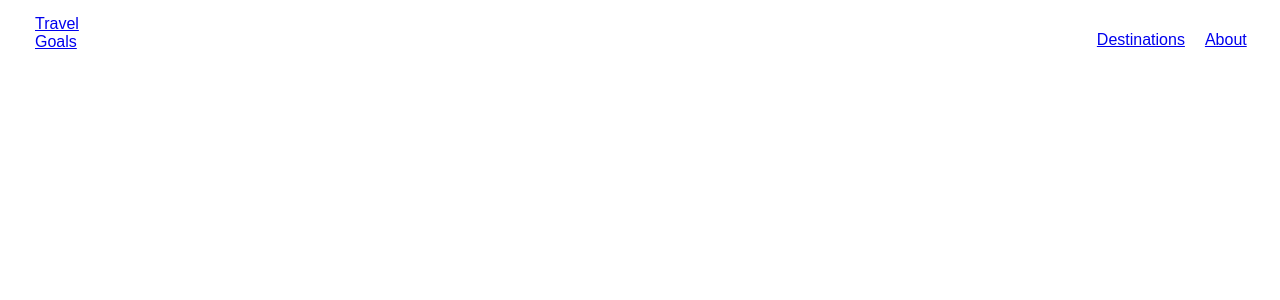
Repository: Harjot00/Wevdev
Page: Travel/index.html
An editor plug-in stored every save of this project. The page is shown before and after the next save, followed by the edit.
The browser window is 1280 px wide. The pictures show the whole page.

Above is the page before, as saved 2022-05-07 01:44:51.

After the next save:
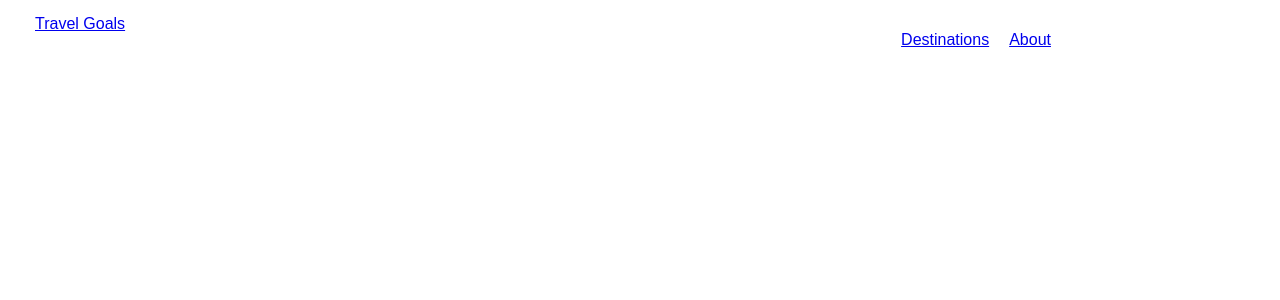
Saved 12 s later.
--- a/Travel/style.css
+++ b/Travel/style.css
@@ -13,7 +13,7 @@ ul {
     justify-content: space-evenly;
 }
 nav>a{
-    margin-right:80%;
+    margin-right:60%;
 
 }
 li{

After the save that followed:
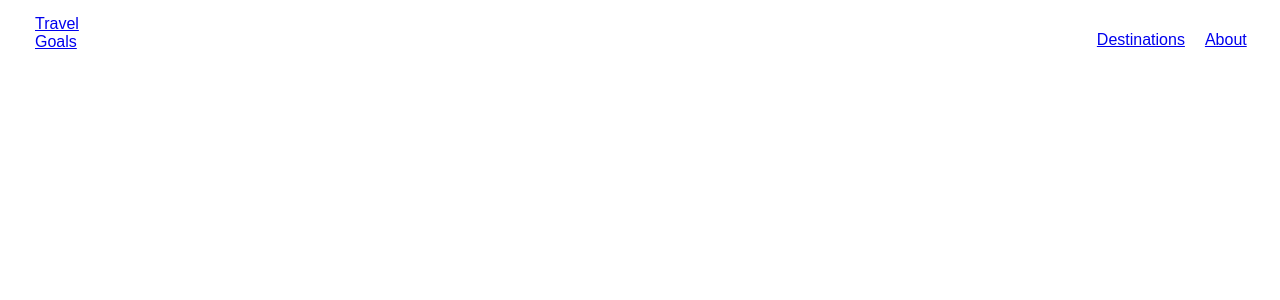
Saved 7 s later.
--- a/Travel/style.css
+++ b/Travel/style.css
@@ -13,7 +13,7 @@ ul {
     justify-content: space-evenly;
 }
 nav>a{
-    margin-right:60%;
+    margin-right:80%;
 
 }
 li{
